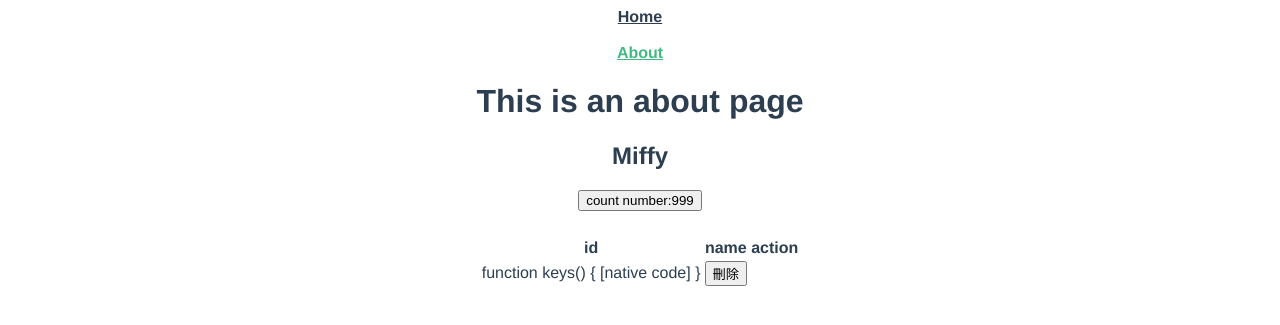
Repository: HaoMiffy/vue3-compisition-Typescript-pinia
Page: /about
An editor plug-in stored every save of this project. The page is shown before and after the next save, followed by the edit.
The browser window is 1280 px wide. The pictures show the whole page.
The project was rebuilt for these pictures with package versions that can differ from the ones it lists, and the page was loaded fresh each time. Also part of the build but not shown: vue.config.js, src/components/HelloWorld.vue, src/views/HomeView.vue.

Above is the page before, as saved 2022-12-12 13:26:21.

### src/main.ts
import { createApp } from 'vue'
import App from './App.vue'
import router from './router'
import { createPinia } from 'pinia'

createApp(App).use(createPinia()).use(router).mount('#app')

### src/App.vue
<template>
<navbar></navbar>
<RouterView></RouterView>
</template>


<script lang="ts" setup>
import navbar from './components/navbar.vue'
</script>

<style>
#app {
  font-family: Avenir, Helvetica, Arial, sans-serif;
  -webkit-font-smoothing: antialiased;
  -moz-osx-font-smoothing: grayscale;
  text-align: center;
  color: #2c3e50;
}

.nav {
  padding: 30px;
  text-align: left;
}



nav a {
  font-weight: bold;
  color: #2c3e50;
}

nav a.router-link-exact-active {
  color: #42b983;
}
</style>

### src/components/navbar.vue
<!-- eslint-disable vue/multi-word-component-names -->
<template>
    <nav class="navbar navbar-default">
        <div class="container-fluid">
            <div class="navbar-header">
                <router-link to="/" class="item">Home</router-link>
            </div>
            <br />
            <div>
                <router-link to="/about" class="item">About</router-link>
            </div>
        </div>
    </nav>
</template>

### src/views/AboutView.vue
<template>
  <div class="about">
    <h1>This is an about page</h1>
    <h2>{{ max }}</h2>
    <button @click="click()">count number:{{ counter.count }}</button>
    <div class="table">
      <table>
        <thead>
          <tr>
            <th v-for="colum in colums" :key="colum">{{colum}}</th>
            <th>action</th>
          </tr>
        </thead>
        <tbody>
          <tr v-for="(item, index) in data"  :key="index">
            <td>
              {{item.keys}}
            </td>
            <td>
              <button @click="remove(index)">刪除</button>
            </td>
          </tr>
        </tbody>
      </table>
    </div>
  </div>
</template>

<script lang="ts" setup>
import { ref, reactive } from 'vue'
import { PublicStore } from '@/store/index'


const store = PublicStore()

const max = ref("Miffy")
const counter = reactive({ count: 999 })

const colums = reactive(['id', 'name'])


const data = reactive([
store.$state.data
])

function click() {
  counter.count++
}

function remove(index: number) {
  data.splice(index, 1);
  console.log(data)
}



</script>

<style>
.table {
  margin-top: 25px;
  display: flex;
  justify-content: center;
  align-items: center;
}
</style>

### src/store/index.ts
import { defineStore } from 'pinia'
export const PublicStore = defineStore('Public', { // Public项目唯一id
  state: () => ({
      data: [
        {
          id: 123,
          name: "Miffy"
        },
        {
          id: 456,
          name: "Miffy"
        },
        {
          id: 789,
          name: "Miffy"
        }
      ]
  }),
  getters: {

  },
  actions: {

  },
})

Loaded but not shown: src/router/index.ts (common file)

After the next save:
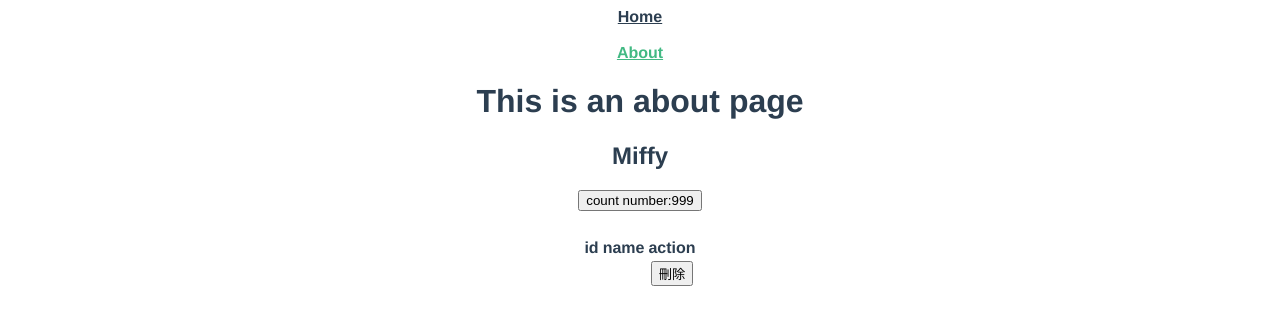
Saved 8 min 5 s later.
--- a/src/views/AboutView.vue
+++ b/src/views/AboutView.vue
@@ -14,7 +14,10 @@
         <tbody>
           <tr v-for="(item, index) in data"  :key="index">
             <td>
-              {{item.keys}}
+              {{item.id}}
+            </td>
+            <td>
+              {{item.name}}
             </td>
             <td>
               <button @click="remove(index)">刪除</button>
@@ -32,6 +35,7 @@ import { PublicStore } from '@/store/index'
 
 
 const store = PublicStore()
+const id = ref<number>(store.id);
 
 const max = ref("Miffy")
 const counter = reactive({ count: 999 })
